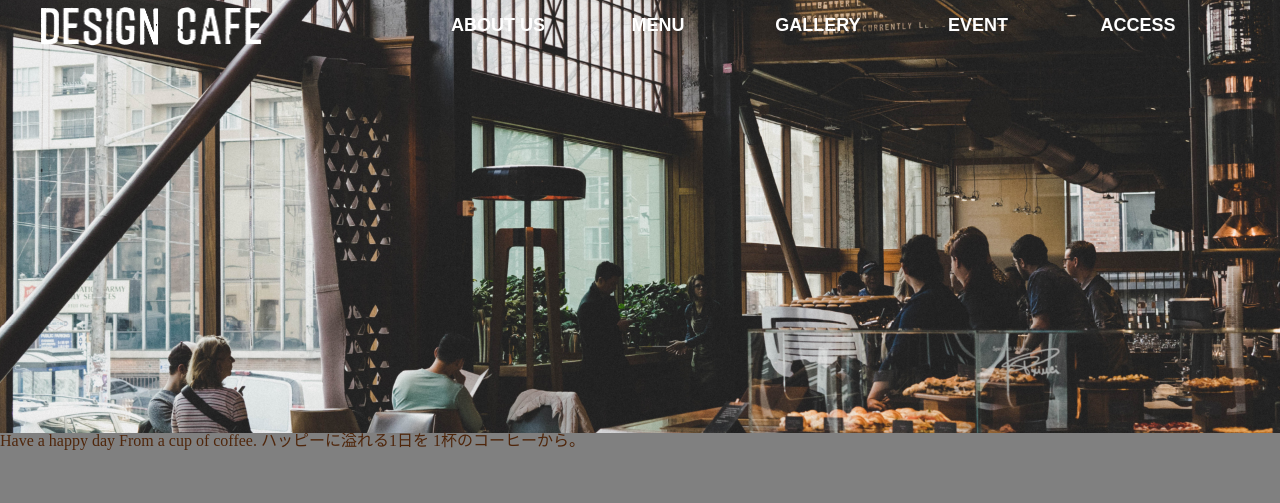
Repository: sonoyama01/dezasuta
Page: 第4回課題/index.html
These files come from the project's save history. The page is drawn as it stood at one moment and after the next save; the edit follows.
The browser window is 1280 px wide. The pictures show the whole page.

Above is the page before, as saved 2024-05-02 01:36:25.

After the next save:
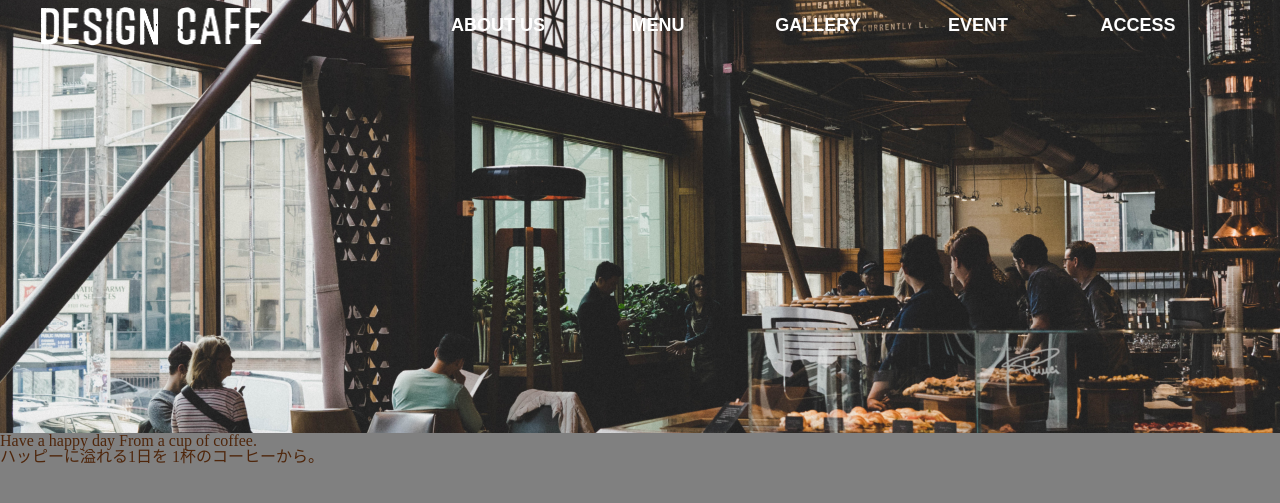
Saved 32 s later.
--- a/第4回課題/index.html
+++ b/第4回課題/index.html
@@ -31,7 +31,7 @@
         </div>
     </header>
     <div class="catch_copy">
-        <p class="catch_copy"><span>Have a happy day From a cup of coffee.</span>
+        <p class="catch_copy"><span>Have a happy day From a cup of coffee.</span><br>
             ハッピーに溢れる1日を
             1杯のコーヒーから。</p><!-- /.catch_copy -->
     </div><!-- /.catch_copy -->
